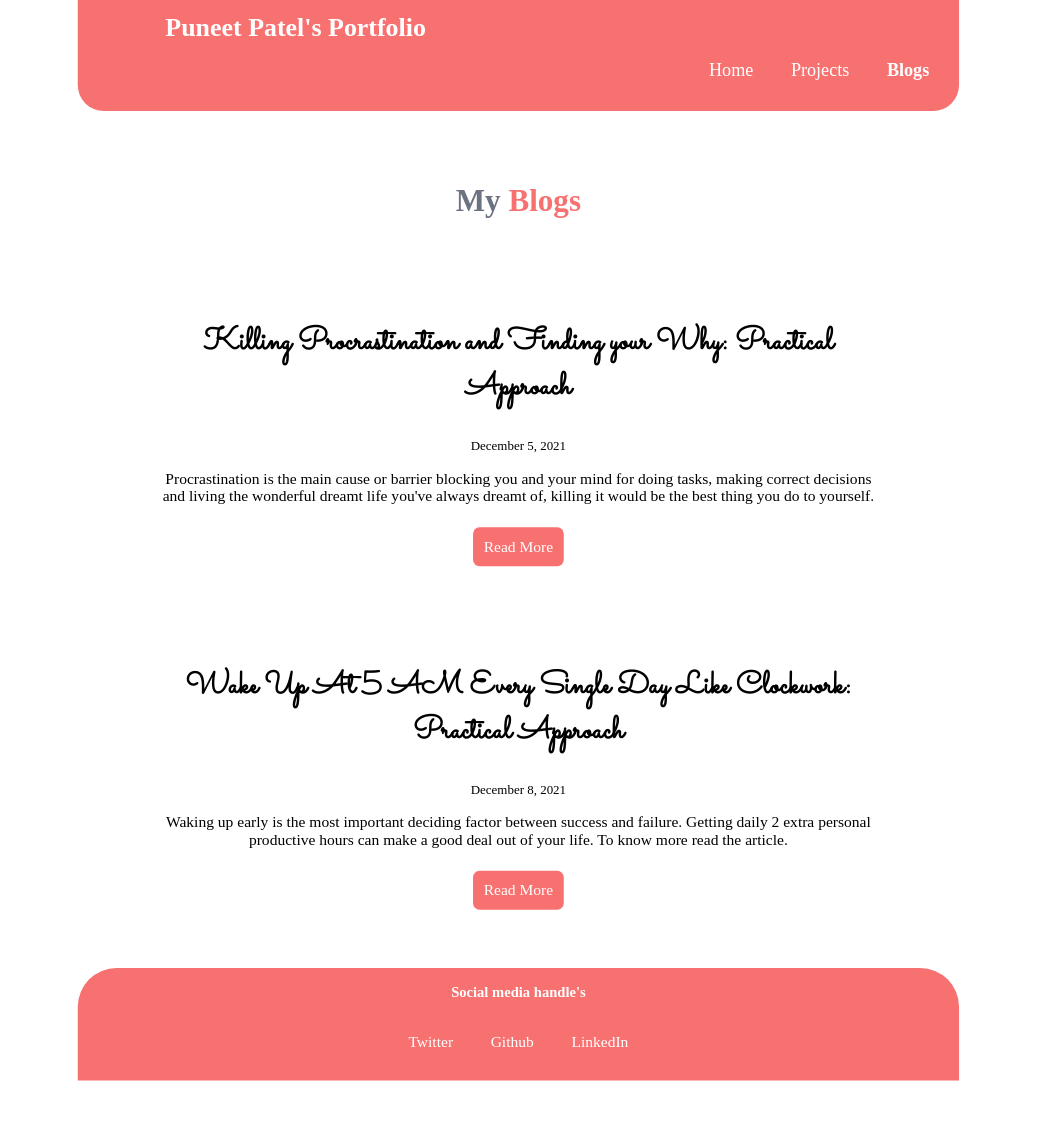
Repository: PuneetP16/Portfolio
Page: blogs.html
These files come from the project's save history. The page is drawn as it stood at one moment and after the next save; the edit follows.
The browser window is 1280 px wide. The pictures show the whole page, at 81% of full size.
Some web fonts or font styles are not loaded; a fallback is used.

Above is the page before, as saved 2021-12-10 02:22:05.

### blogs.html
<!DOCTYPE html>
<html lang="en">

<head>
  <meta charset="UTF-8" />
  <meta name="viewport" content="width=device-width, initial-scale=1.0" />
  <title>Blogs | Puneet Patel's Portfolio</title>
  <link rel="stylesheet" href="style.css" />
</head>

<body>
  <nav class="navigation">
    <div class="nav-head">
      <a class="link-without-decoration" href="/"> Puneet Patel's Portfolio </a>
    </div>
    <ul class="list-non-bullet nav-pills">
      <li class="list-item-inline">
        <a class="link" href="/">Home</a>
      </li>
      <li class="list-item-inline">
        <a class="link" href="projects.html">Projects</a>
      </li>
      <li class="list-item-inline">
        <a class="link link-active" href="blogs.html">Blogs</a>
      </li>
    </ul>
  </nav>

  <header class="hero">
    <h1 class="hero-heading">My <span>Blogs</span></h1>
  </header>

  <ul class="list-non-bullet">
    <li>
      <article class="list-item-container container container-center">
        <h1>Killing Procrastination and Finding your Why: Practical Approach</h1>
        <small>December 5, 2021</small>
        <p>
          Procrastination is the main cause or barrier blocking you and your mind for doing tasks, making correct decisions and living the wonderful dreamt life you've always dreamt of, killing it would be the best thing you do to yourself.
        </p>
        <a class="link link-primary" href="killing_procrastination.html" target="_blank">Read More</a>
      </article>
    </li>

    <li>
      <article class="list-item-container container container-center">
        <h1>Wake Up At 5 AM Every Single Day Like Clockwork: Practical Approach </h1>
        <small>December 8, 2021</small>
        <p>
          Waking up early is the most important deciding factor between success and failure. Getting daily 2 extra personal productive hours can make a good deal out of your life. To know more read the article.
        </p>
        <a class="link link-primary" href="Wake Up At 5 AM Every Single Day Like Clockwork.html" target="_blank">Read More</a>
      </article>
    </li>
  </ul>

  <footer class="footer">
    <div class="footer-header">Social media handle's</div>
    <ul class="social-links list-non-bullet">
      <li class="list-item-inline">
        <a class="link" href="https://twitter.com/PatelPuneet16" target="_blank">Twitter</a>
      </li>
      <li class="list-item-inline">
        <a class="link" href="https://github.com/PuneetP16" target="_blank">Github</a>
      </li>
      <li class="list-item-inline">
        <a class="link" href="https://www.linkedin.com/in/puneet-patel-96b607a0/" target="_blank">LinkedIn</a>
      </li>
    </ul>
  </footer>
</body>

</html>

### style.css
@import url('https://fonts.googleapis.com/css2?family=Fuzzy+Bubbles&family=Merriweather&family=Montserrat:ital,wght@0,400;1,500&family=Sacramento&display=swap');

:root {
  --primary-color: #F87171;
  --off-white: #f3f4f6;
  --dark-gray: #6b7280;
}

body {
  font-family: 'Fuzzy Bubbles', cursive;
  max-width: 85%;
  margin: 0px auto;
  font-size: 1.2rem;
}

.container {
  padding-left: 1rem;
  padding-right: 1rem;
}

.container-center {
  max-width: 900px;
  width: 100%;
  margin: auto;
}

.container-center h1 {
  font-family: 'Sacramento', cursive;
  font-size: 2.4rem;
}

hr {
  margin: 2rem 0;
}

/** links **/
.link {
  text-decoration: none;
  border-radius: 0.5rem;
  padding: 0.8rem 0.8rem;
  margin-top: 0.5rem;
  margin-bottom: 0.5rem;
  display: inline-block;
}

.link-primary {
  background-color: var(--primary-color);
  color: white;
}

.link-secondary {
  border: 1px solid var(--primary-color);
  color: var(--primary-color);
}

.link-without-decoration {
  display: block;
  text-decoration: none;
  color: white;
  font-size: 2rem;
  margin: auto;
  text-align: center;
  padding-right: 550px;
}

/** Lists **/
.list-non-bullet {
  list-style: none;
  padding-inline-start: 0px;
  margin-block-end: 0px;
}

.list-item-inline {
  display: inline;
  padding: 0rem 0.5rem;
}

.list-item-container {
  padding: 1rem;
  text-align: center;
  border-radius: 1rem;
  margin-top: 1rem;
  margin-bottom: 3rem;
}

/** Navigation **/
.navigation {
  background-color: var(--primary-color);
  color: white;
  padding: 1rem;
  margin-bottom: 2rem;
  border-bottom-left-radius: 2rem;
  border-bottom-right-radius: 2rem;
}

.navigation .nav-head {
  font-weight: bold;
  font-size: 1.2rem;
}

.navigation .nav-pills {
  text-align: right;
  margin-top: 0px;
}

.navigation .link {
  color: white;
  font-size: 1.4rem;
}

.navigation .link-active {
  font-weight: bold;
}

/** Header **/
.hero {
  padding: 2rem;
}

.hero .hero-img {
  max-width: 450px;
  display: block;
  margin: auto;
}

.hero .hero-heading {
  color: var(--dark-gray);
  text-align: center;
}

.hero .hero-heading span {
  color: var(--primary-color);
}
/** Sections **/

.section {
  margin-top: 2rem;
  padding: 2rem;
  border-radius: 1rem;
  text-align: center;
}

.section p {
  font-size: 1.2rem;
}

.ow {
  background-color: var(--off-white);
}

/** Footer **/
.footer {
  background-color: var(--primary-color);
  color: white;
  margin-top: 2rem;
  padding: 2rem;
  padding-top: 20px;
  padding-bottom: 16px;
  border-top-right-radius: 1rem;
  text-align: center;
  border-top-left-radius: 3rem;
  border-top-right-radius: 3rem;
}

.footer .footer-header {
  font-weight: bold;
  font-size: large;
}

.footer .link {
  color: white;
}

.footer .social-links {
  padding-inline-start: 0px;
  margin-top: 8 px;
}

/** Blog Styling **/

.blog-container {
  padding-left: 1rem;
  padding-right: 1rem;
}

.blog-container-center {
  max-width: 700px;
  width: 100%;
  margin: auto;
}

div .blog-paragraph {
  margin-top: 2rem;
  margin-bottom: 2rem;
  line-height: 1.6;
}

div .blog-h2 {
  margin-top: 2rem;
  margin-bottom: 2rem;
}

div .blog-img {
  width: 100%;
  display: block;
}

div .blog-head {
  padding: 1rem;
}

/** blog footer **/

.blog-footer {
  color: Black;
  margin-top: 2rem;
  padding: 2rem;
  border-top-right-radius: 1rem;
  text-align: center;
}

.blog-footer .link {
  color: blue;
}

.main-head {
  font-weight: normal;
  margin-bottom: 0.5rem;
}

.quotes {
  text-align: center;
  font-size: 1.6rem;
  color:darkcyan;
}

.contact-me {
  background-color:#FEE2E2;
  padding: 0.05rem 0.5rem 2rem 0.5rem;
  border-radius: 1rem;
  font-size: 1.13rem;
}


.contact-me .btn{
  /* text-align: center;
  width: auto; */
  border-radius: 15px;
  font-size: 20px;
  font-weight: 600;
  background-color: var(--primary-color);
  color: white;
  padding: 10px 30px;
  border: 2px solid #000000;
  margin: auto;
  margin-top: 1rem;
  cursor: pointer;
  max-width: 85%;
}

.contact-me .btn:hover{
  background-color: #5FA8D3;
  color: #1B4965;
}

After the next save:
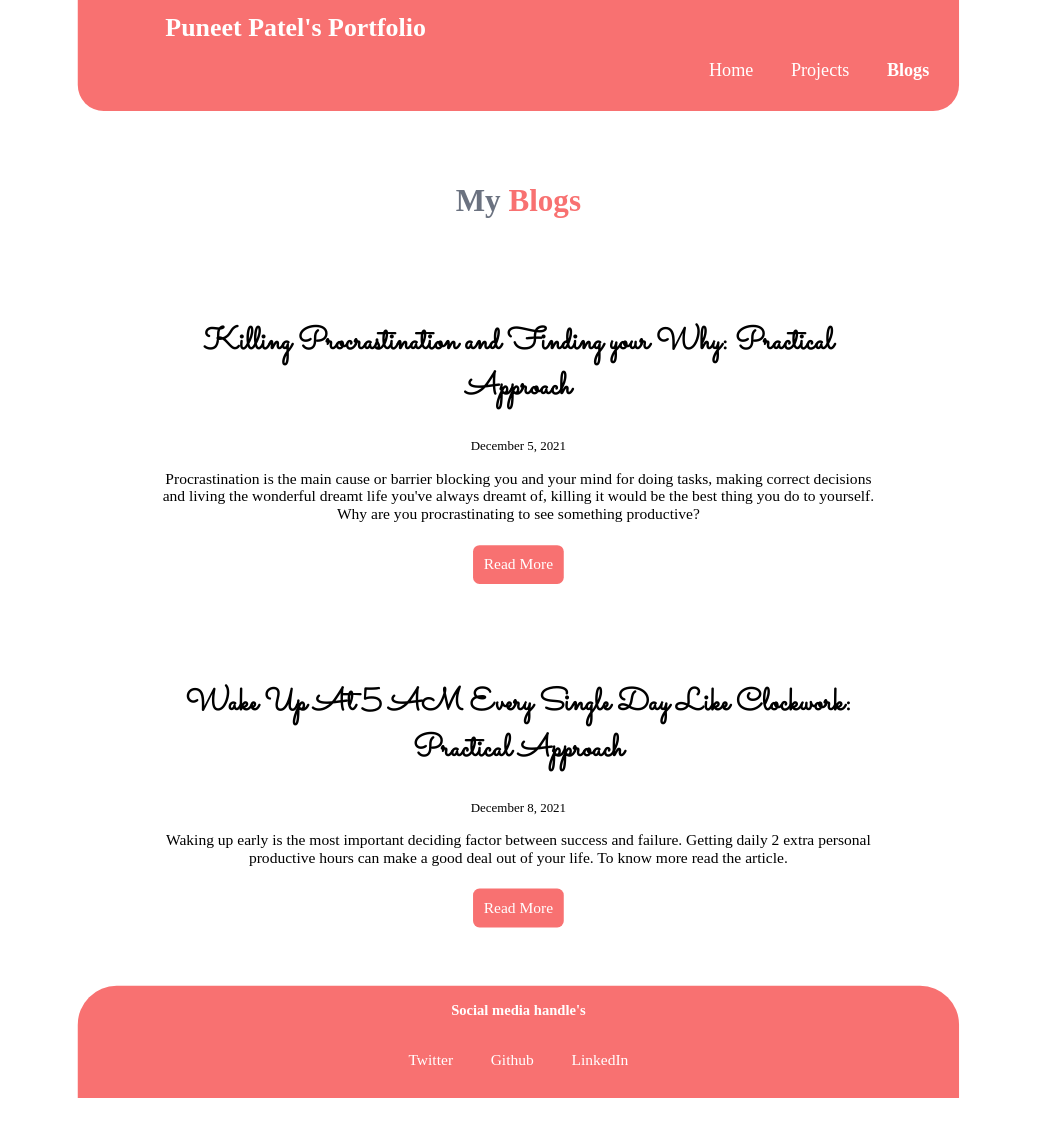
Saved 44 s later.
--- a/blogs.html
+++ b/blogs.html
@@ -36,7 +36,7 @@
         <h1>Killing Procrastination and Finding your Why: Practical Approach</h1>
         <small>December 5, 2021</small>
         <p>
-          Procrastination is the main cause or barrier blocking you and your mind for doing tasks, making correct decisions and living the wonderful dreamt life you've always dreamt of, killing it would be the best thing you do to yourself.
+          Procrastination is the main cause or barrier blocking you and your mind for doing tasks, making correct decisions and living the wonderful dreamt life you've always dreamt of, killing it would be the best thing you do to yourself. Why are you procrastinating to see something productive?
         </p>
         <a class="link link-primary" href="killing_procrastination.html" target="_blank">Read More</a>
       </article>
